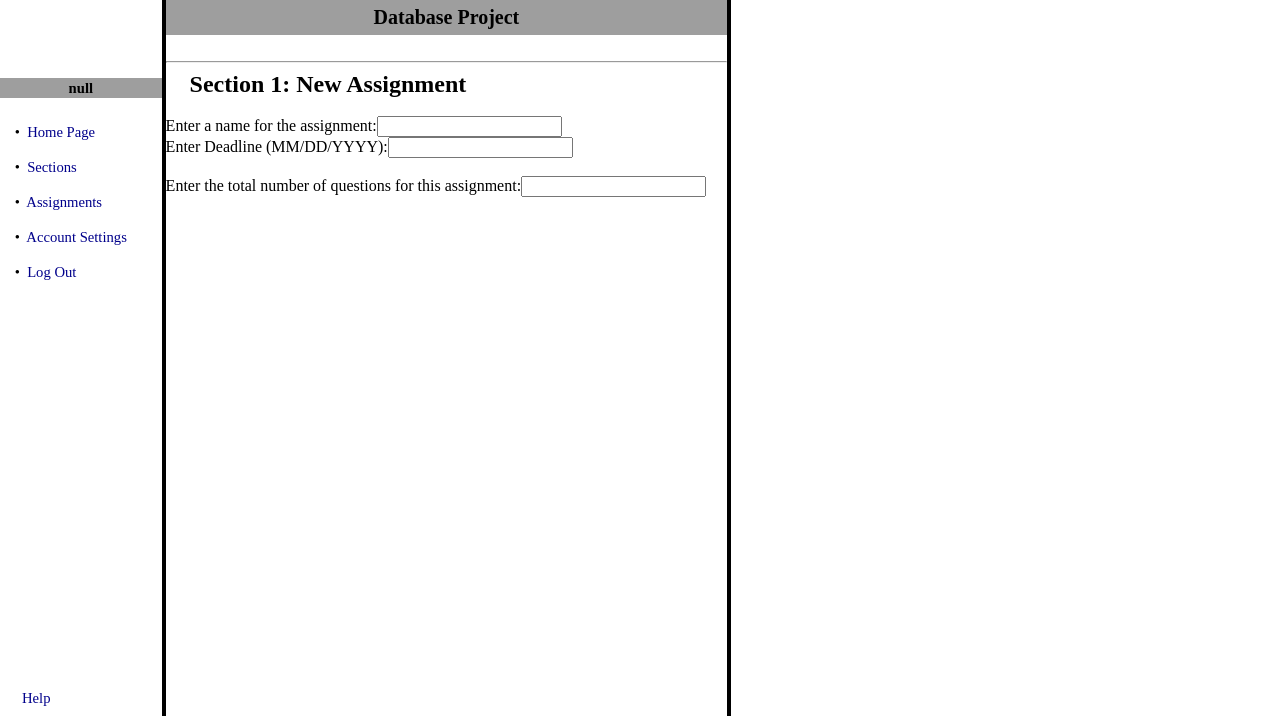
Repository: rimalp/dbproject
Page: http://localhost/AssignmentProject/new_assignment.jsp
The author's editor kept a copy of each file at every save. The page is drawn from the files as they stood at one save, then again after the next save.
The browser window is 1280 px wide. The pictures show the whole page.
Pictures or frames that could not be fetched are drawn as grey boxes. The page is served by Tomcat 9.

Above is the page before, as saved 2012-11-30 01:30:09.

After the next save:
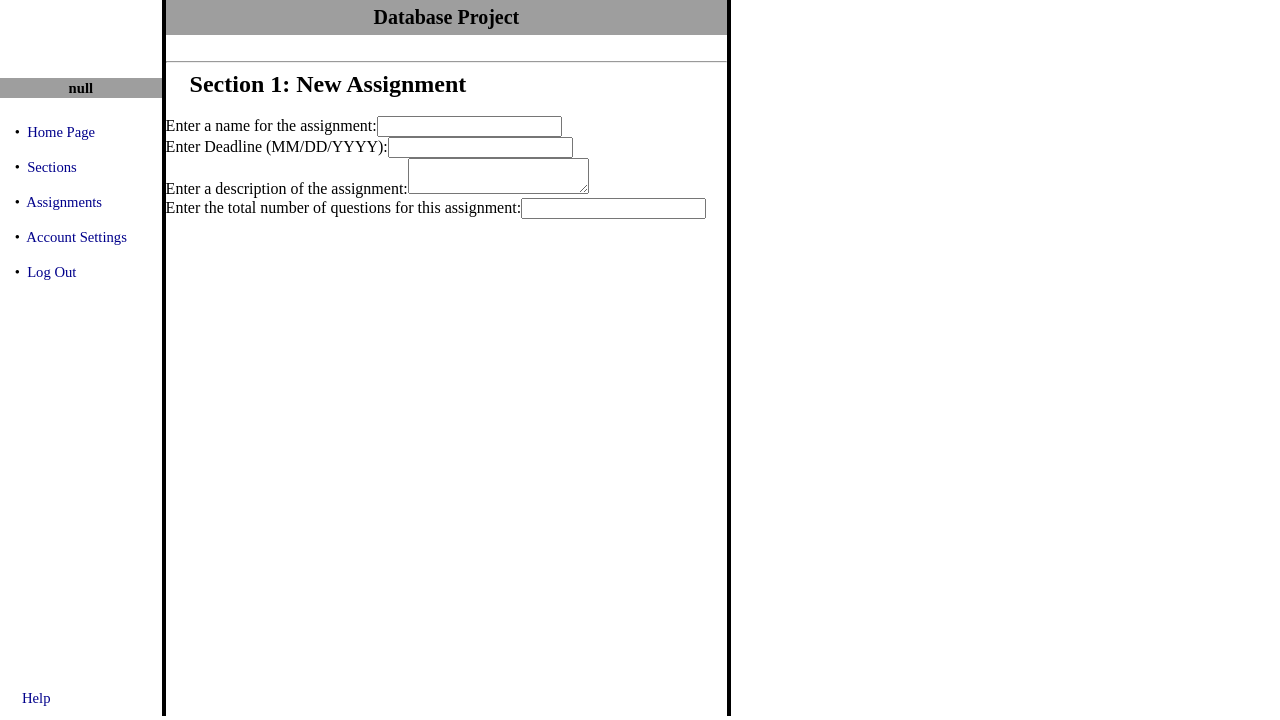
Saved 2 s later.
--- a/jsp/AssignmentProject/WebContent/new_assignment.jsp
+++ b/jsp/AssignmentProject/WebContent/new_assignment.jsp
@@ -73,10 +73,10 @@ Database Project
 &nbsp;&nbsp;&nbsp;&nbsp;&nbsp;
 <b class="headerfont">Section 1: New Assignment</b><br/><br/>
 
-<form method="post" action="make_assignment_servlet?id=new">
+<form method="post" action="make_assignment_servlet?id=">
 Enter a name for the assignment:<input type="text" name="name"><br/>
 Enter Deadline (MM/DD/YYYY):<input type="text" name="deadline"><br/>
-<br/>
+Enter a description of the assignment:<textarea name="description"></textarea><br/>
 Enter the total number of questions for this assignment:<input type="text" name="numQuestions"><br/>
 
 <!--
